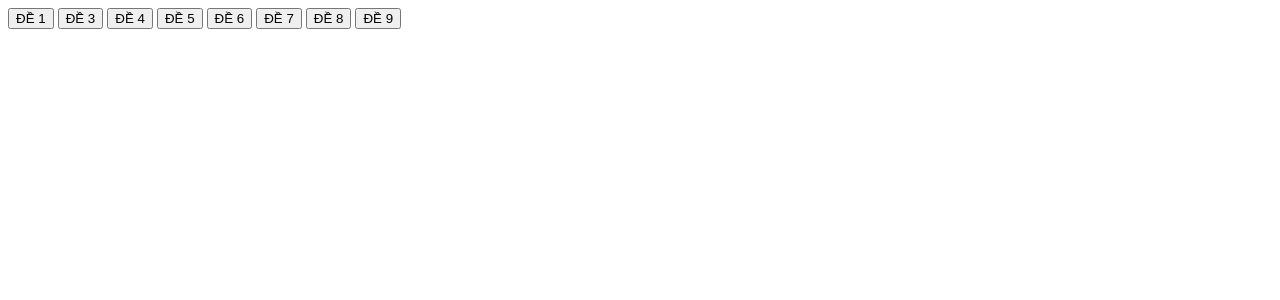
Repository: tunguyenhy222/tunguyenhy222
Page: index.html
An editor plug-in stored every save of this project. The page is shown before and after a run of saves, followed by the edit.
The browser window is 1280 px wide. The pictures show the whole page.

Above is the page before, as saved 2021-08-12 20:54:37.

After the next 2 saves:
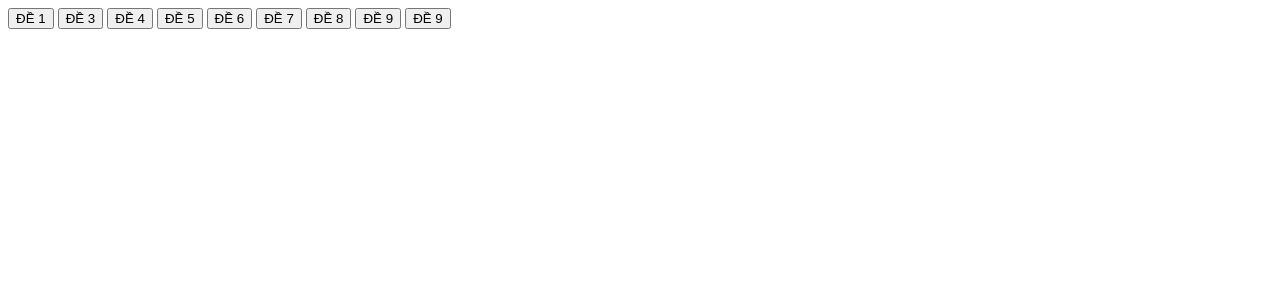
The 2 saves are shown as one change because they came seconds apart.
The last was saved 5 min 21 s later.
--- a/index.html
+++ b/index.html
@@ -15,5 +15,6 @@
 <button type="button" class="btn btn-primary btn-lg">ĐỀ 7</button>
 <button type="button" class="btn btn-primary btn-lg">ĐỀ 8</button>
 <button type="button" class="btn btn-primary btn-lg">ĐỀ 9</button>
+<button type="button" class="btn btn-primary btn-lg">ĐỀ 9</button>
 </body>
 </html>
